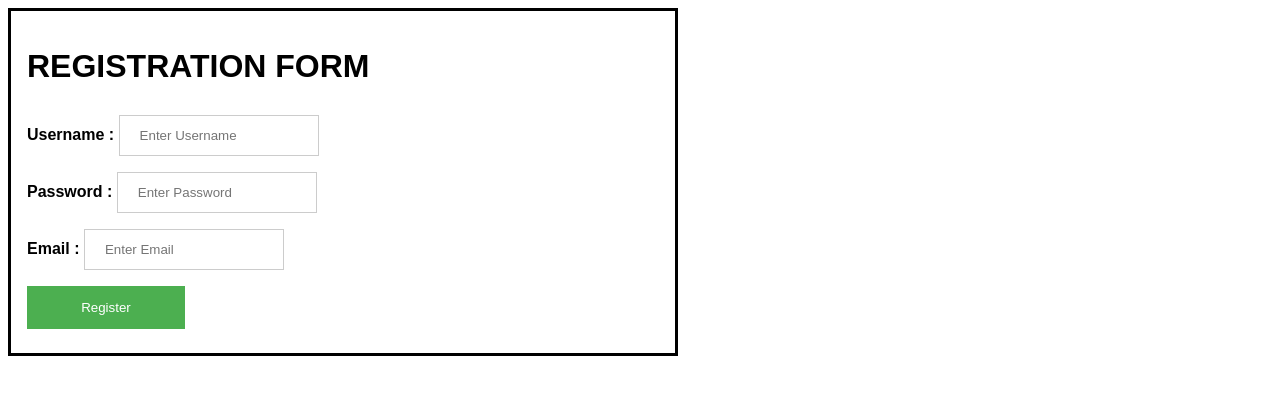
Repository: mugdha97/JSPServlet
Page: http://localhost/loginPage/register.jsp
These files come from the project's save history. The page is drawn as it stood at one moment and after the next save; the edit follows.
The browser window is 1280 px wide. The pictures show the whole page.
The page is served by Tomcat 9. Other server files are loaded and not shown.

Above is the page before, as saved 2019-10-22 06:59:41.

### loginPage/WebContent/register.jsp
<%@ page language="java" contentType="text/html; charset=UTF-8"
    pageEncoding="UTF-8"%>
<!DOCTYPE html>
<html>
<head>
<meta charset="UTF-8">
<title>Insert title here</title>
<link rel="stylesheet" href="login.css"> <!-- add css files -->
</head>
</head>
<body>

<div class="container">
<form action="Register" method="post">
		<div><h1> REGISTRATION FORM</h1></div>
      <label for="uname"><b>Username : </b></label>
      <input type="text" placeholder="Enter Username" name="name" required><br>

      <label for="psw"><b>Password : </b></label>
      <input type="password" placeholder="Enter Password" name="password" required><br>

	  <label for="mail"><b>Email : </b></label>
	  <input type="text" placeholder="Enter Email" name="email" pattern="[a-z0-9._%+-]+@[a-z0-9.-]+\.[a-z]{2,4}$" required><br>

      <button type="submit"value="Register">Register</button>

     </form>
    </div>
</body>
</html>

### loginPage/WebContent/login.css
body {font-family: Arial, Helvetica, sans-serif;}

/* Full-width input fields */
input[type=text], input[type=password] {
  width: 25%;
  padding: 12px 20px;
  margin: 8px 0;
  display: inline-block;
  border: 1px solid #ccc;

}

/* Set a style for all buttons */
button {
  background-color: #4CAF50;
  color: white;
  padding: 14px 20px;
  margin: 8px 0;
  border: none;
  cursor: pointer;
  width: 25%;
}

button:hover {
  opacity: 0.8;
}

/* Extra styles for the cancel button */


.container {
  padding: 16px;
 border-style: solid;
 width:50%;
}

span.psw {
  float: right;
  padding-top: 16px;
}

/* The Modal (background) */
.modal {
  display: none; /* Hidden by default */
  position: fixed; /* Stay in place */
  z-index: 1; /* Sit on top */
  left: 0;
  top: 0;
  width: 100%; /* Full width */
  height: 100%; /* Full height */
  overflow: auto; /* Enable scroll if needed */
  background-color: rgb(0,0,0); /* Fallback color */
  background-color: rgba(0,0,0,0.4); /* Black w/ opacity */
  padding-top: 60px;
}

/* Modal Content/Box */
.modal-content {
  background-color: #fefefe;
  margin: 5% auto 15% auto; /* 5% from the top, 15% from the bottom and centered */
  border: 1px solid #888;
  width: 80%; /* Could be more or less, depending on screen size */
}

/* The Close Button (x) */
.close {
  position: absolute;
  right: 25px;
  top: 0;
  color: #000;
  font-size: 35px;
  font-weight: bold;
}

.close:hover,
.close:focus {
  color: red;
  cursor: pointer;
}

After the next save:
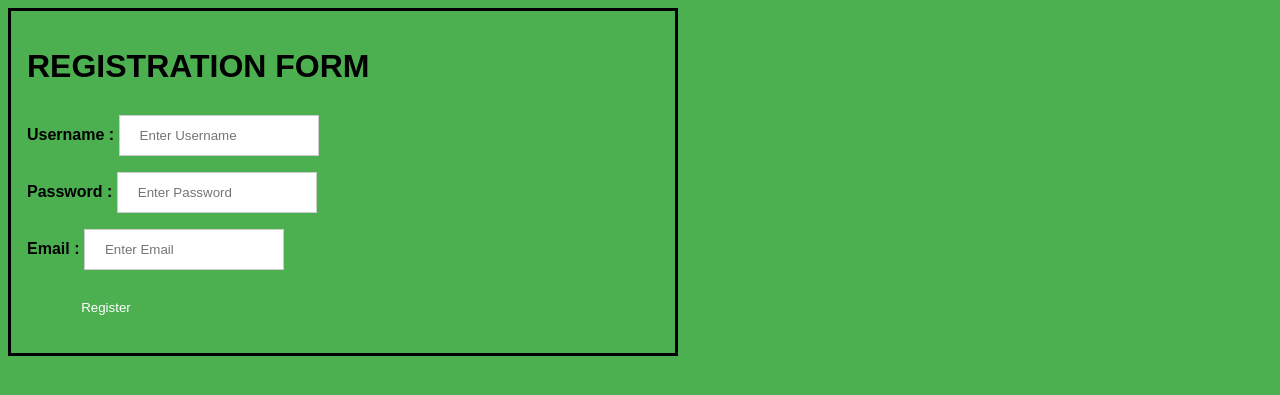
Saved 61 s later.
--- a/loginPage/WebContent/login.css
+++ b/loginPage/WebContent/login.css
@@ -1,4 +1,5 @@
-body {font-family: Arial, Helvetica, sans-serif;}
+body {font-family: Arial, Helvetica, sans-serif;
+ background-color: #4CAF50;}
 
 /* Full-width input fields */
 input[type=text], input[type=password] {
